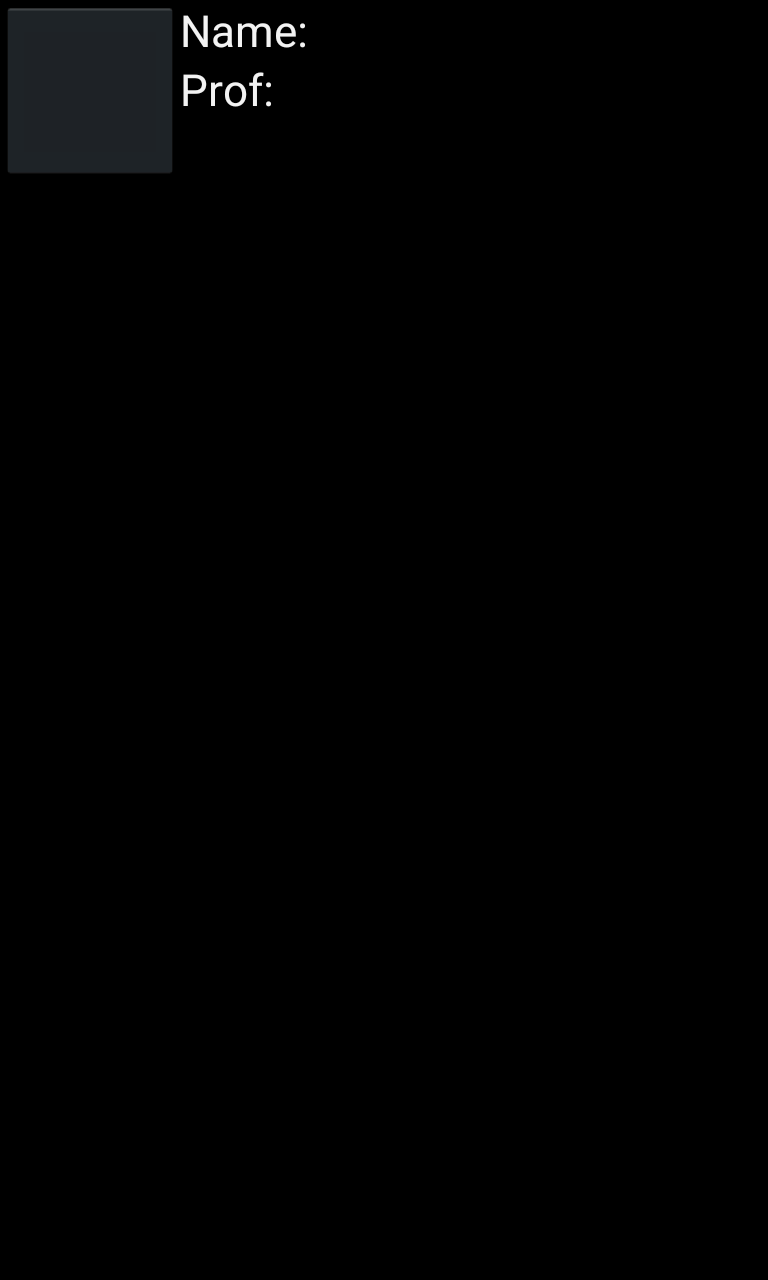
Repository: prayasjain/BunkMonitorApp
Layout: BunkMonitor/res/layout/subject_input.xml
These files come from the project's save history. The layout is drawn as it stood at one moment and after the next save; the edit follows.
It is drawn on a 768 x 1280 px phone screen (xhdpi) without system bars, with theme android:Theme.Holo; the app's code is not run.

Above is the layout before, as saved 2015-08-05 10:52:25.

After the next save:
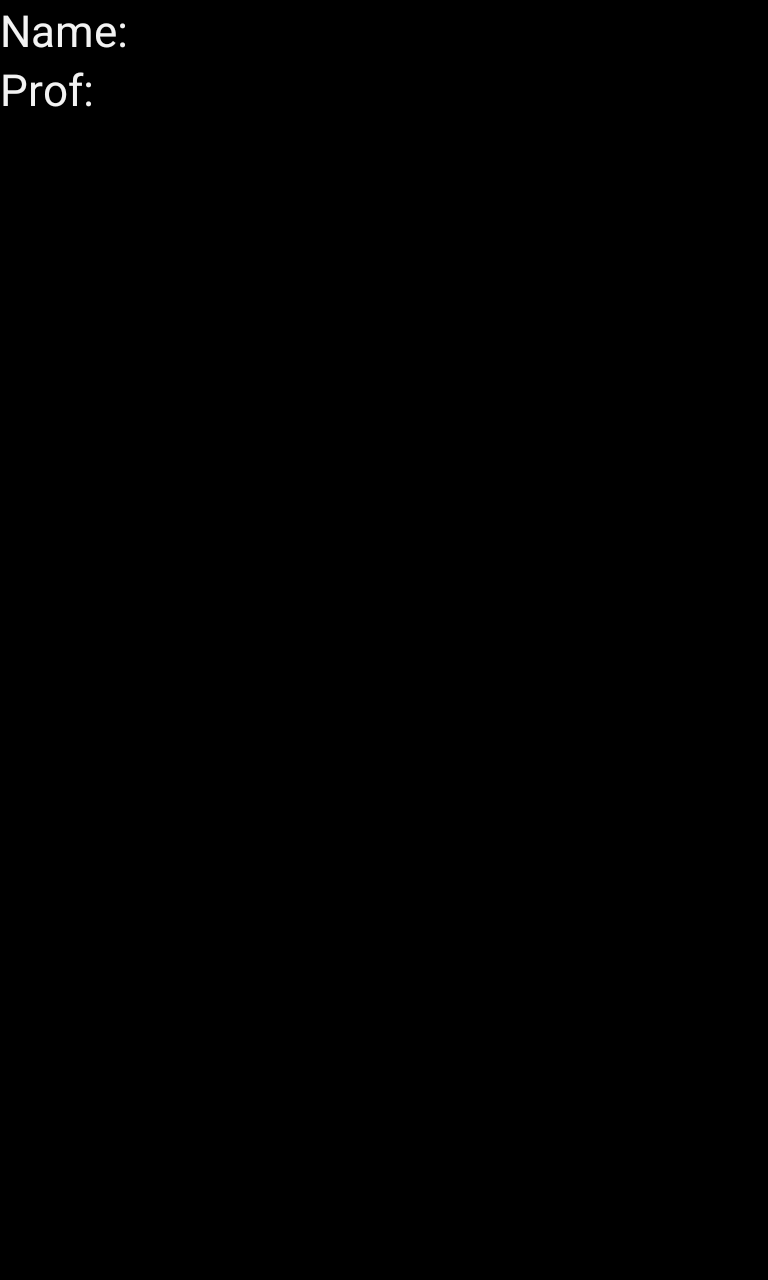
Saved 17 s later.
--- a/BunkMonitor/res/layout/subject_input.xml
+++ b/BunkMonitor/res/layout/subject_input.xml
@@ -13,7 +13,8 @@
         <Button
             android:id="@+id/bImage"
             android:layout_width="90dp"
-            android:layout_height="90dp" />
+            android:layout_height="90dp"
+            android:layout_weight="1" />
 
         <LinearLayout
             android:layout_width="match_parent"

After the 2 saves that followed:
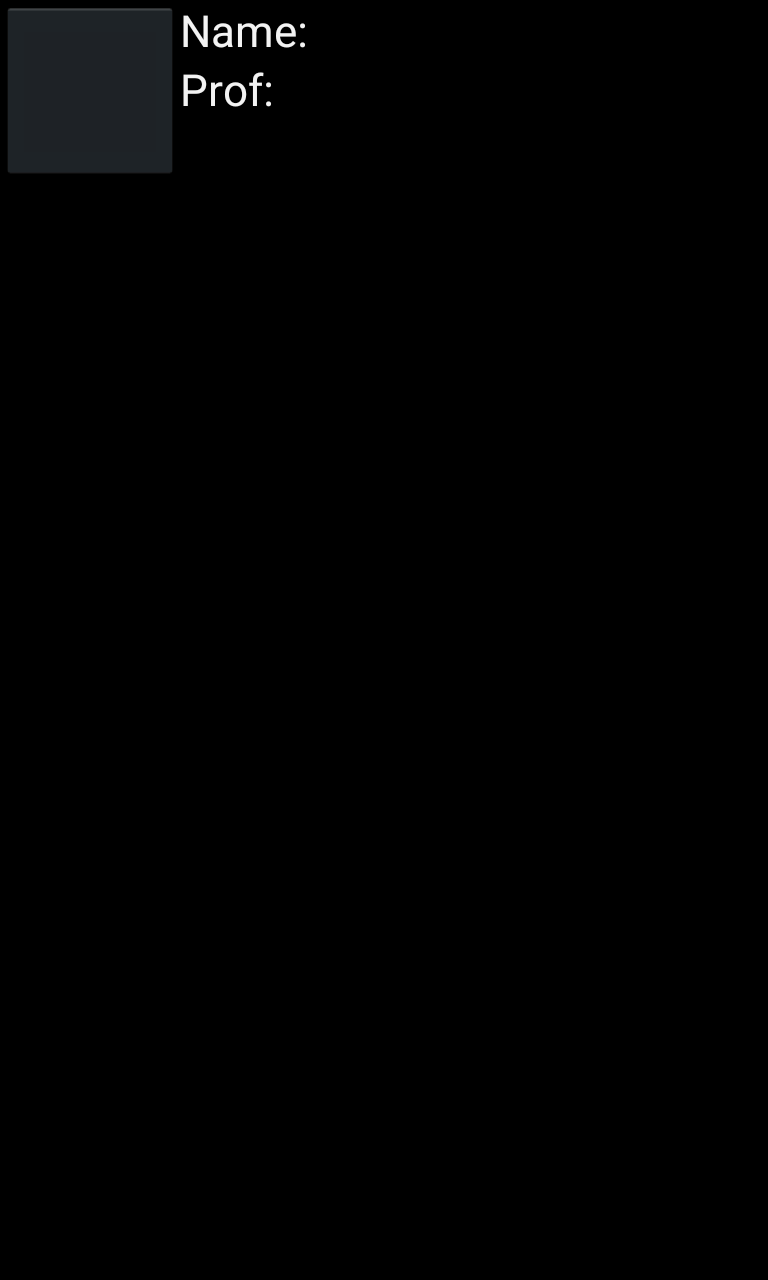
The 2 saves are shown as one change because 1 left the picture as it was.
The last was saved 30 s later.
--- a/BunkMonitor/res/layout/subject_input.xml
+++ b/BunkMonitor/res/layout/subject_input.xml
@@ -2,19 +2,21 @@
 <LinearLayout xmlns:android="http://schemas.android.com/apk/res/android"
     android:layout_width="match_parent"
     android:layout_height="match_parent"
-    android:orientation="vertical" >
+    android:orientation="vertical"
+    android:weightSum="3">
 
     <LinearLayout
         android:layout_width="match_parent"
         android:layout_height="wrap_content"
         android:orientation="horizontal"
-        android:weightSum="3" >
+         android:layout_weight="1"
+         >
 
         <Button
             android:id="@+id/bImage"
             android:layout_width="90dp"
             android:layout_height="90dp"
-            android:layout_weight="1" />
+             />
 
         <LinearLayout
             android:layout_width="match_parent"
